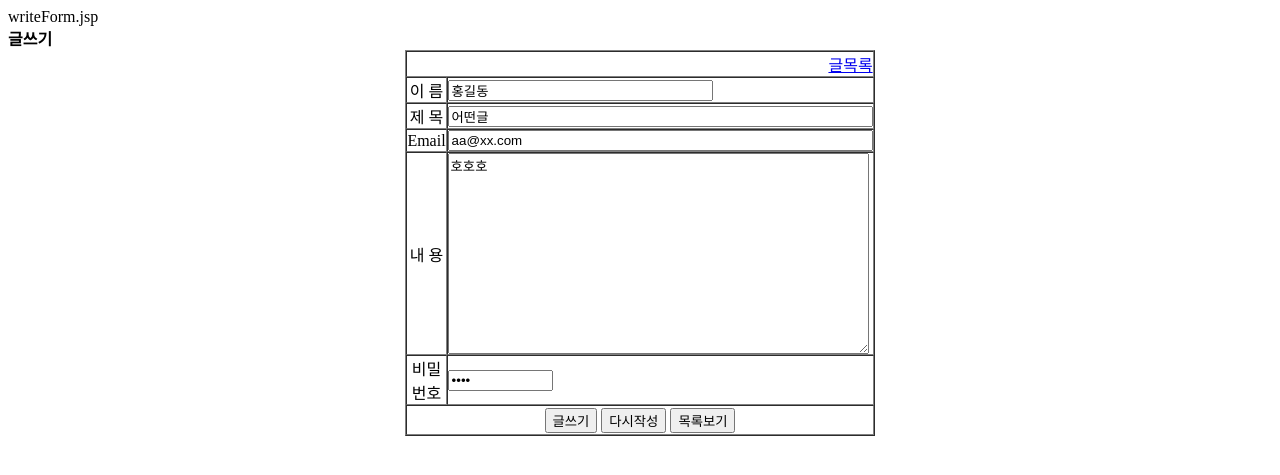
Repository: uj06134/Metabuild_JSP
Page: http://localhost/06_Board/writeForm.jsp
The author's editor kept a copy of each file at every save. The page is drawn from the files as they stood at one save, then again after the next save.
The browser window is 1280 px wide. The pictures show the whole page.
The page is served by Tomcat 9.

Above is the page before, as saved 2025-09-15 03:13:02.

After the next save:
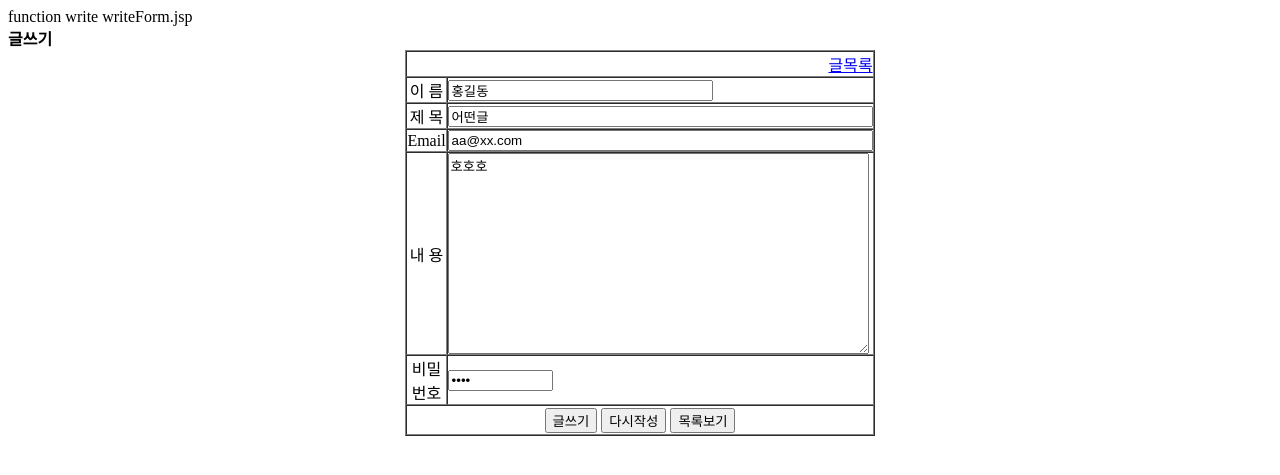
Saved 8 s later.
--- a/06_Board/src/main/webapp/writeForm.jsp
+++ b/06_Board/src/main/webapp/writeForm.jsp
@@ -1,7 +1,7 @@
 <%@ page language="java" contentType="text/html; charset=UTF-8"
     pageEncoding="UTF-8"%>
 <script type="text/javascript" src="js/jquery.js"></script>
-<script type="text/javascript" src="script.js">
+<script type="text/javascript" src="script.js"></script>
 function write
 </script>
 writeForm.jsp<br>

After the save that followed:
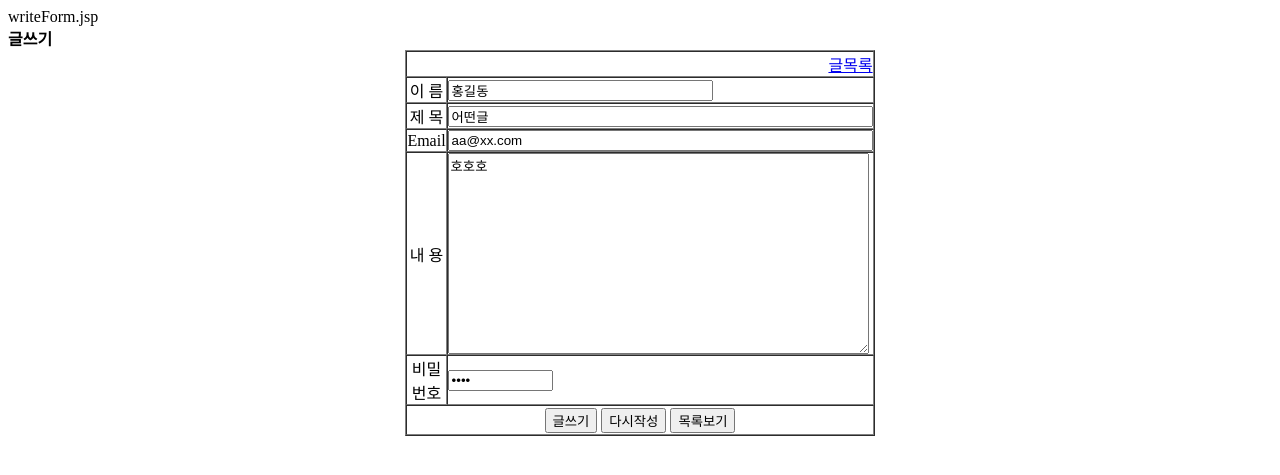
Saved 13 s later.
--- a/06_Board/src/main/webapp/writeForm.jsp
+++ b/06_Board/src/main/webapp/writeForm.jsp
@@ -2,8 +2,7 @@
     pageEncoding="UTF-8"%>
 <script type="text/javascript" src="js/jquery.js"></script>
 <script type="text/javascript" src="script.js"></script>
-function write
-</script>
+
 writeForm.jsp<br>
 
 <b>글쓰기</b> <br>
